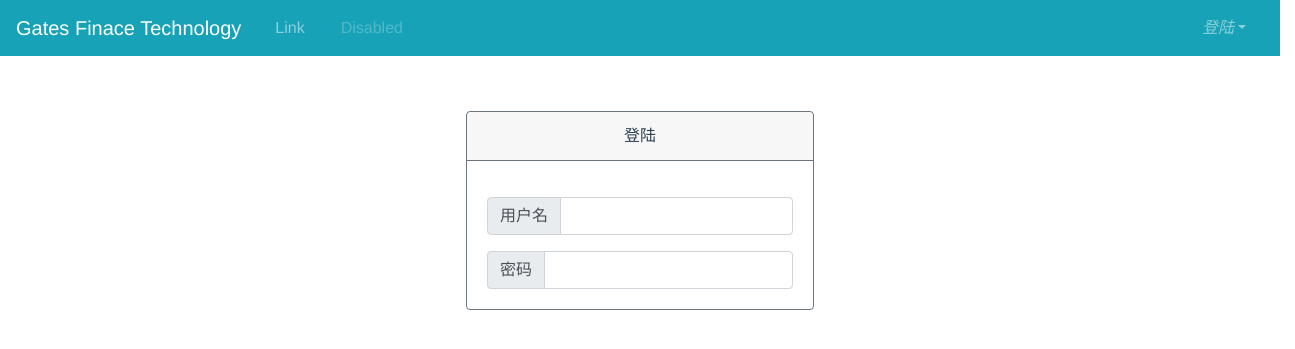
Repository: sqsssq/GatesFinace
Page: /login (app in webview/)
The author's editor kept a copy of each file at every save. The page is drawn from the files as they stood at one save, then again after the next save.
The browser window is 1280 px wide. The page is 1295 px wide, so the pictures cover 1295 px, including what lies to the right of the window. The pictures show the whole page.
The project was rebuilt for these pictures with package versions that can differ from the ones it lists, and the page was loaded fresh each time. Also part of the build but not shown: webview/src/components/HelloWorld.vue, webview/src/views/Home.vue, webview/src/components/gatesCarousel.vue, webview/src/views/main.vue.

Above is the page before, as saved 2020-11-03 16:59:03.

After the next save:
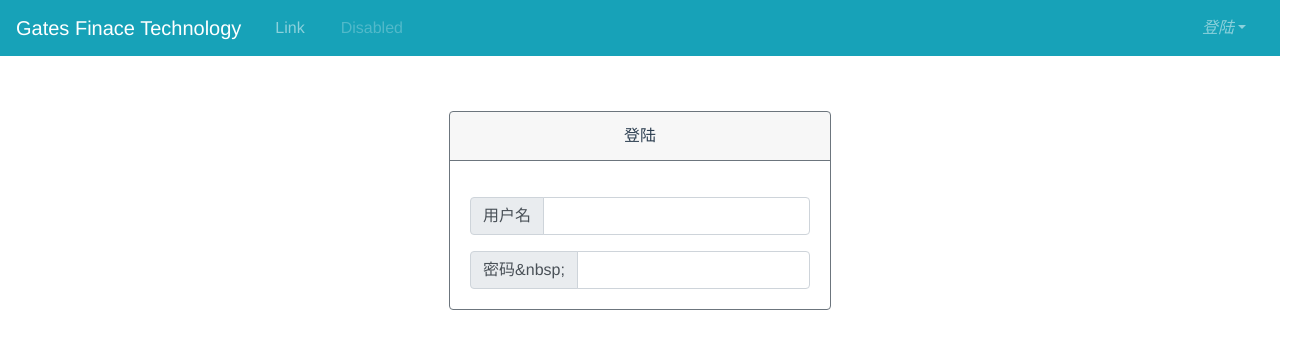
Saved 9 s later.
--- a/webview/src/components/gatesLogin.vue
+++ b/webview/src/components/gatesLogin.vue
@@ -22,7 +22,7 @@
         <b-form-input></b-form-input>
       </b-input-group>
       <b-input-group
-        prepend="密码    "
+        prepend="密码&nbsp;"
         class="mt-3"
       >
         <b-form-input></b-form-input>
